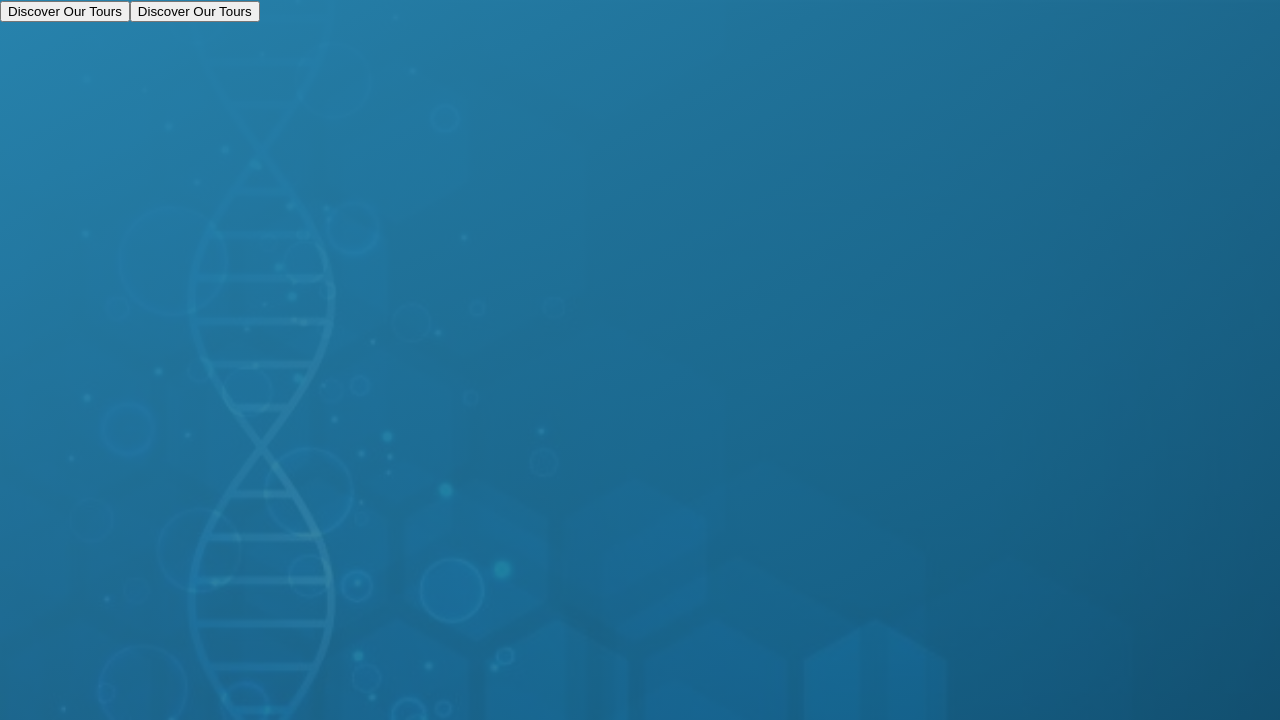
Repository: ajayaj2001/healthcare-digitization
Page: /
These files come from the project's save history. The page is drawn as it stood at one moment and after the next save; the edit follows.
The browser window is 1280 px wide. The pictures show the whole page.
The project was rebuilt for these pictures with package versions that can differ from the ones it lists, and the page was loaded fresh each time.

Above is the page before, as saved 2021-03-12 18:07:26.

After the next save:
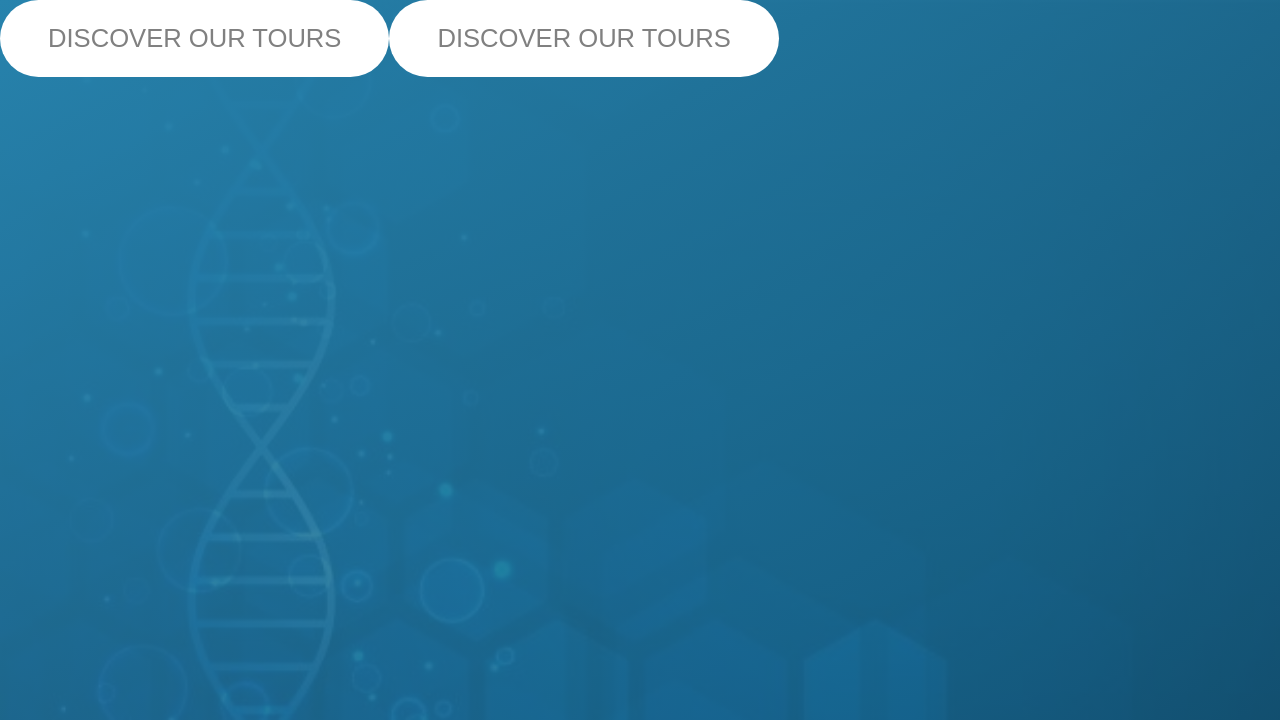
Saved 23 s later.
--- a/src/component/userType/UserType.scss
+++ b/src/component/userType/UserType.scss
@@ -6,65 +6,65 @@
     position: relative;
 }
 
-// .btn {
-//     &,
-//     &:link,
-//     &:visited {
-//         text-decoration: none;
-//         padding: 1.5rem 3rem;
-//         text-transform: uppercase;
-//         display: inline-block;
-//         border-radius: 10rem;
-//         transition: all 0.2s;
-//         position: relative;
-//         font-size: 1.6rem;
+.btn {
+    &,
+    &:link,
+    &:visited {
+        text-decoration: none;
+        padding: 1.5rem 3rem;
+        text-transform: uppercase;
+        display: inline-block;
+        border-radius: 10rem;
+        transition: all 0.2s;
+        position: relative;
+        font-size: 1.6rem;
 
-//         //for button element
+        //for button element
 
-//         border: none;
-//         cursor: pointer;
-//     }
-//     &:hover {
-//         transform: translateY(-0.3rem);
-//         box-shadow: 0 1rem 2rem rgba(0, 0, 0, 0.3);
-//         &::after {
-//             transform: scalex(1.4) scaleY(1.6);
-//             opacity: 0;
-//         }
-//     }
-//     &:active,
-//     &:focus {
-//         outline: none;
-//         transform: translateY(-0.1rem);
-//         box-shadow: 0 0.5rem 1rem rgba(0, 0, 0, 0.2);
-//     }
-//     &--white {
-//         background-color: #fff;
-//         color: grey;
-//         &::after {
-//             background-color: #fff;
-//         }
-//     }
-//     &--green {
-//         background-color: rgba(40, 180, 131, 0.8);
-//         color: white;
-//         &::after {
-//             background-color: rgba(40, 180, 131, 0.8);
-//         }
-//     }
-//     &::after {
-//         content: "";
-//         display: inline-block;
-//         border-radius: 10rem;
-//         transition: all 0.4s;
-//         height: 100%;
-//         width: 100%;
-//         top: 0;
-//         left: 0;
-//         position: absolute;
-//         z-index: -1;
-//     }
-//     &--animation {
-//         animation: moveInBottom 0.5s ease-out 0.75 backwards;
-//     }
-// }
+        border: none;
+        cursor: pointer;
+    }
+    &:hover {
+        transform: translateY(-0.3rem);
+        box-shadow: 0 1rem 2rem rgba(0, 0, 0, 0.3);
+        &::after {
+            transform: scalex(1.4) scaleY(1.6);
+            opacity: 0;
+        }
+    }
+    &:active,
+    &:focus {
+        outline: none;
+        transform: translateY(-0.1rem);
+        box-shadow: 0 0.5rem 1rem rgba(0, 0, 0, 0.2);
+    }
+    &--white {
+        background-color: #fff;
+        color: grey;
+        &::after {
+            background-color: #fff;
+        }
+    }
+    &--green {
+        background-color: rgba(40, 180, 131, 0.8);
+        color: white;
+        &::after {
+            background-color: rgba(40, 180, 131, 0.8);
+        }
+    }
+    &::after {
+        content: "";
+        display: inline-block;
+        border-radius: 10rem;
+        transition: all 0.4s;
+        height: 100%;
+        width: 100%;
+        top: 0;
+        left: 0;
+        position: absolute;
+        z-index: -1;
+    }
+    &--animation {
+        animation: moveInBottom 0.5s ease-out 0.75 backwards;
+    }
+}
